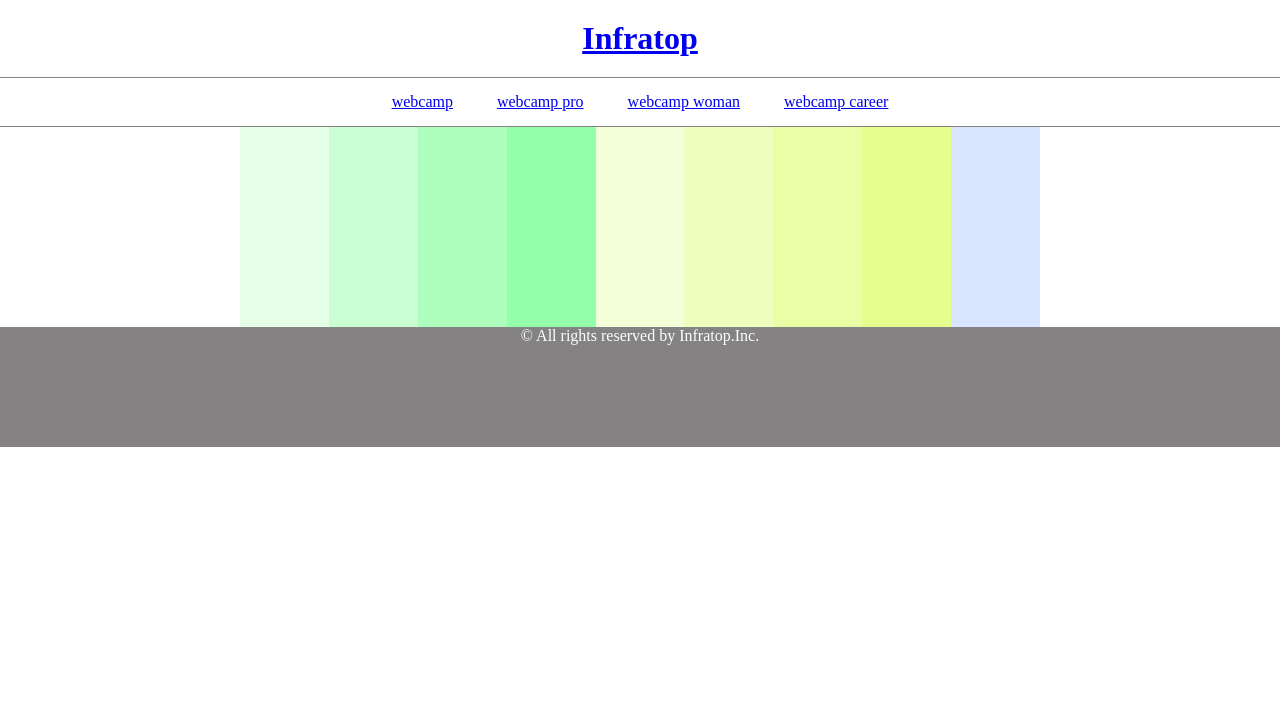
Repository: ryosei-110/HTML-CSS-
Page: 1-5exercise/index.html
The author's editor kept a record of every edit. The page is drawn from the files as they stood at one moment, then again after the next edit.
The browser window is 1280 px wide. The pictures show the whole page.

Above is the page before.

After the next edit:
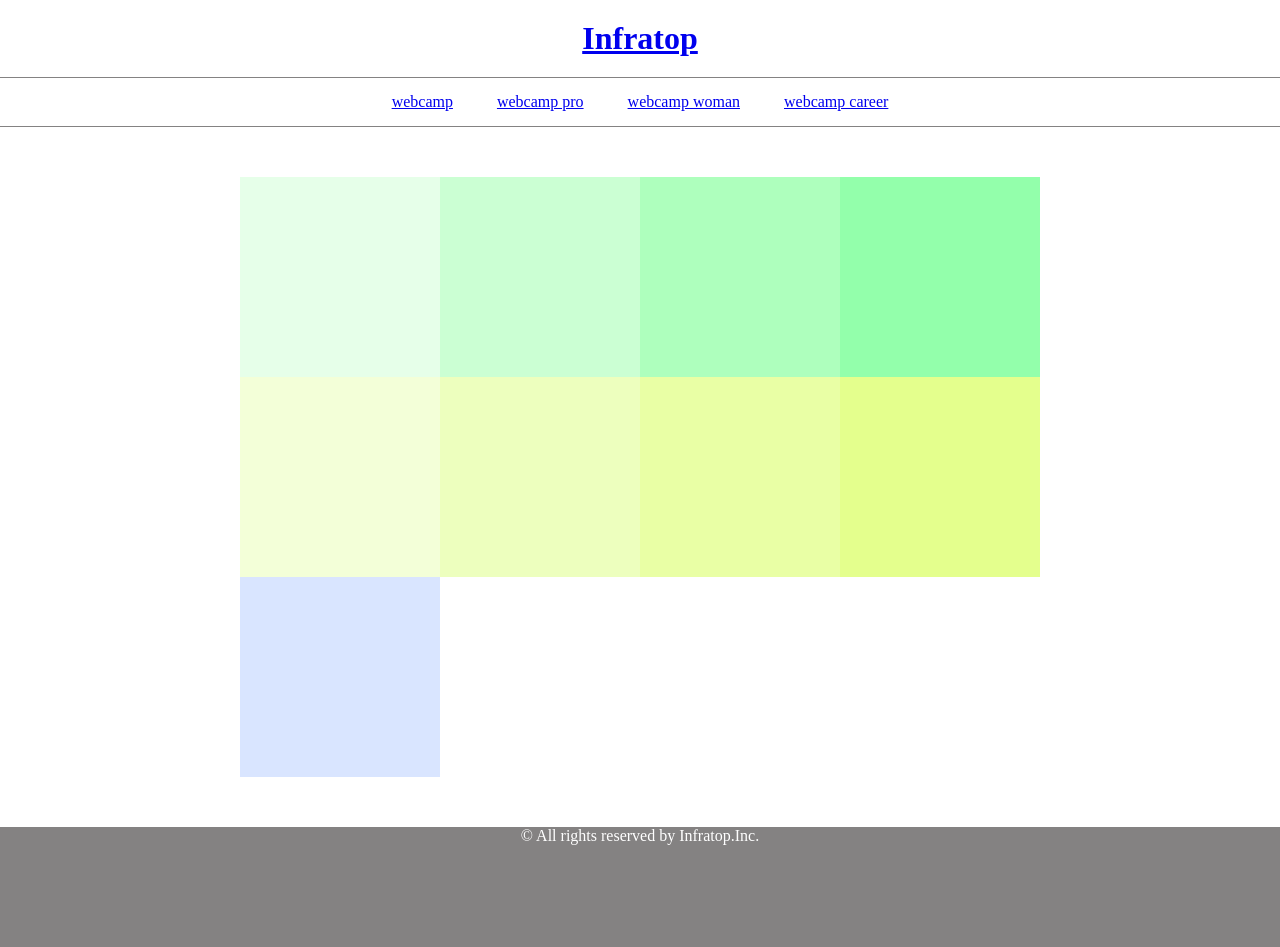
The edit:
--- a/1-5exercise/style.css
+++ b/1-5exercise/style.css
@@ -29,8 +29,7 @@
 width: 800px;
 margin: 50px auto;
 display: Flex;
-justify-content: center;
-margin: 0 auto; /* 中央寄せ（左右に余白がないとできない） */
+flex-wrap: wrap;
 }
 
 .box1 {
